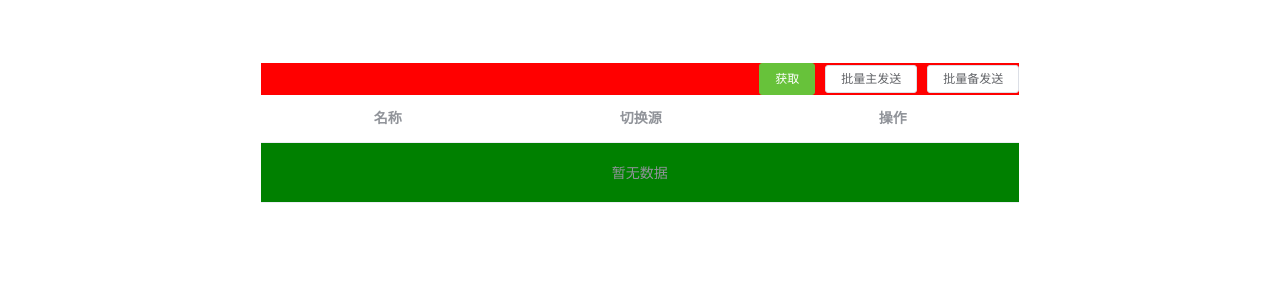
Repository: faintout/BHMQTTSendTool
Page: /
These files come from the project's save history. The page is drawn as it stood at one moment and after the next save; the edit follows.
The browser window is 1280 px wide. The pictures show the whole page.
The project was rebuilt for these pictures with package versions that can differ from the ones it lists, and the page was loaded fresh each time. Also part of the build but not shown: vue.config.js.

Above is the page before, as saved 2020-09-03 13:59:14.

### public/index.html
<!DOCTYPE html>
<html lang="en">
  <head>
    <meta charset="utf-8">
    <meta http-equiv="X-UA-Compatible" content="IE=edge">
    <meta name="viewport" content="width=device-width,initial-scale=1.0">
    <link rel="stylesheet" href="">
    <title></title>
  </head>
  <body>
    <div id="app">

    </div>
    <!-- built files will be auto injected -->
  </body>
</html>

### src/main.js
import Vue from 'vue'
import App from './App.vue'
import router from './router'
import $ from 'jquery'
import ElementUi from 'element-ui'
import 'element-ui/lib/theme-chalk/index.css'
import 'element-ui/lib/theme-chalk/reset.css'

Vue.config.productionTip = false
Vue.use(ElementUi)
new Vue({
  router,
  render: h => h(App)
}).$mount('#app')

### src/router/index.js
import Vue from 'vue'
import VueRouter from 'vue-router'
import MqttSendTool from '../views/MqttSendTool.vue'

Vue.use(VueRouter)

  const routes = [
  {
    path: '/',
    name: 'MqttSendTool',
    component: MqttSendTool
  },
]

const router = new VueRouter({
  routes
})

export default router

### src/views/MqttSendTool.vue
<template>
    <div class="content">
        <title></title>
        <!-- 按钮模块 -->
        <div  class="content_title">
            <!-- <el-input style="display:inline-block;width:20%;right: 5%;" size="small" v-model="localIP"></el-input> -->
            <el-button type="success" size="small" @click="getAllMqttData">获取</el-button>
            <el-button size="mini" @click="batch(0)">批量主发送</el-button>
            <el-button size="mini" @click="batch(1)">批量备发送</el-button>
            <!-- <el-button type="success" size="small" @click="sendData()">发送</el-button> -->
        </div>
        <el-table v-loading="tableLoading" :data="tableData" class="el_table">
            >
            <el-table-column prop="name" label="名称" align='center'>
            </el-table-column>
            <el-table-column label="切换源" align='center'>
                <template slot-scope="scope">
                    <el-radio-group v-model="scope.row.switchStatus">
                        <el-radio :label="0" @click="scope.row.switchStatus = 0">主</el-radio>
                        <el-radio :label="1" @click="scope.row.switchStatus = 1">备</el-radio>
                    </el-radio-group>
                </template>
            </el-table-column>
            <el-table-column label="操作" align='center'>
                <template slot-scope="scope">
                    <el-button type="success" size="small" @click="changeData(scope.row)">编辑</el-button>
                    <el-button type="success" size="small" @click="sendData(scope.row)">发送</el-button>
                </template>
            </el-table-column>
        </el-table>
        <!-- 弹框 -->
        <el-dialog title="编辑" :visible.sync="dialogVisible" width="30%"  :close-on-click-modal = false>
            <el-input type="textarea" :rows="25" class="el_input" v-model="editTable"></el-input>
            <span slot="footer" class="dialog-footer">
                <el-button @click="dialogVisible = false">取 消</el-button>
                <el-button type="primary" @click="saveEdit">确 定</el-button>
            </span>
        </el-dialog>

    </div>
</template>

<script>
    //设置本地储存方法
    window.local = (key, value) => {
        return value ? localStorage.setItem(key, value) : localStorage.getItem(key)
    }
    export default {
        components: {},
        data() {
            return {
                dialogVisible: false,
                //本地IP
                localIP: '',
                //表格框加载
                tableLoading: false,
                tableData: [],
                editTable: '',
                editId: '',
                editswitchStatus: ''

            }
        },
        watch: {
            localIP(n, o) {
                local('localIP', n)
            }
        },
        computed: {

        },
        methods: {
            saveEdit() {
                this.dialogVisible = false
                let indicatorValue = this.editTable
                //保存
                console.log("修改名称", this.editList);
                let deviceId = this.editId
                let switchStatus = this.editswitchStatus
                let parmas = { indicatorValue, deviceId, switchStatus }
                $.ajax({
                    type: 'POST',
                    url: 'http://' + this.localIP + '/testData/setIndicatorValue',
                    data: parmas,
                    success: (data) => {
                        data.success && this.$message.success("修改数据成功！")
                    },
                    error: () => {
                        this.$message.error("数据获取失败，请检查IP地址！")
                    }
                })
            },
            changeData(value) {
                console.log(value);
                this.dialogVisible = true
                if (!value.switchStatus) {
                    //等于一
                    this.editTable = this.getFormatData(JSON.stringify(value.masterData))
                } else {
                    this.editTable = this.getFormatData(JSON.stringify(value.slaveData))
                }
                this.editId = value.id
                this.editswitchStatus = value.switchStatus
            },
            changeItem(item) {
                console.log('item', item);
            },
            changItemRadio(item) {
                console.log('itemzhixng ');
            },
            //获取所有数据
            getAllMqttData() {
                $.ajax({
                    type: 'POST',
                    url: 'http://' + this.localIP + '/testData/getDeviceListData',
                    success: (data) => {
                        if (data.data == []) {
                            this.$message.errot("获取数据为空！请确认数据是否存在")
                            return
                        }
                        this.tableData = data.data
                        data.success && this.$message.success("数据获取成功！")
                    },
                    error: () => {
                        this.$message.error("数据获取失败，请检查IP地址！")
                    }
                })
            },
            //数据处理
            dataProcessing() {

            },
            //批量设置
            /**
             * @type 0 主 1 备
             * @Date 2020-08-26 14:13:24
             */
            batch(type) {
                this.tableData.forEach(item => {
                    item.switchStatus = type ? 1 : 0
                })
                this.sendData()
            },
            //发送数据
            sendData(value) {
                this.tableLoading = true
                let data = value ? value : this.tableData
                console.log(data);
                let params = {
                    deviceIds: ''
                }
                if (data.length > 1) {
                    data.map(item => {
                        params.deviceIds += item.id + ','
                    })
                    params.deviceIds = params.deviceIds.substr(0, params.deviceIds.length - 1)
                    params.switchStatus = data[0].switchStatus
                } else {
                    params.deviceIds = data.id
                    params.switchStatus = data.switchStatus
                }
                console.log(params);
                // return
                $.ajax({
                    type: "POST",
                    url: 'http://' + this.localIP + '/testData/applySwitch',
                    data: params,
                    success: (data) => {
                        data.success && this.$message.success("数据发送成功！")
                        this.tableLoading = false
                    },
                    error: () => {

                    }
                })
                this.getAllMqttData()
            },
            //读取本地localIP
            getLocalIP() {
                this.localIP = local('localIP') != null ? local('localIP') : '172.17.35.23:24699'
                local('localIP') == null && local('localIP', '172.17.35.23:24699')
            },

            //方法
            repeat(s, count) {
                return new Array(count + 1).join(s)
            },
            formatJson(json) {
                var i = 0,
                    il = 0,
                    tab = "    ",
                    newJson = "",
                    indentLevel = 0,
                    inString = false,
                    currentChar = null;
                for (i = 0, il = json.length; i < il; i += 1) {
                    currentChar = json.charAt(i);
                    switch (currentChar) {
                        case '{':
                        case '[':
                            if (!inString) {
                                newJson += currentChar + "\n" + this.repeat(tab, indentLevel + 1);
                                indentLevel += 1
                            } else {
                                newJson += currentChar
                            }
                            break;
                        case '}':
                        case ']':
                            if (!inString) {
                                indentLevel -= 1;
                                newJson += "\n" + this.repeat(tab, indentLevel) + currentChar
                            } else {
                                newJson += currentChar
                            }
                            break;
                        case ',':
                            if (!inString) {
                                newJson += ",\n" + this.repeat(tab, indentLevel)
                            } else {
                                newJson += currentChar
                            }
                            break;
                        case ':':
                            if (!inString) {
                                newJson += ": "
                            } else {
                                newJson += currentChar
                            }
                            break;
                        case ' ':
                        case "\n":
                        case "\t":
                            if (inString) {
                                newJson += currentChar
                            }
                            break;
                        case '"':
                            if (i > 0 && json.charAt(i - 1) !== '\\') {
                                inString = !inString
                            }
                            newJson += currentChar;
                            break;
                        default:
                            newJson += currentChar;
                            break
                    }
                }
                return newJson
            },
            getFormatData(json) {
                var json = json + "";
                if (json.indexOf('{') == -1 && json.indexOf('[') == -1) {
                    return json;
                } else {
                    return (this.formatJson(json));
                }
            }

        },
        mounted() {
            console.log(local('localIP'), window);
            //读取本地IP
            this.getLocalIP()
            this.getAllMqttData()

        },
        created() {

        },
    }
</script>
<style lang="less" scoped>
    .content {
        width: 60%;
        background-color: red;
        margin: 5% auto;
        margin-bottom: 0;
    }

    .el_table {
        width: 100%;
        position: relative;
        background-color: green;

    }
    .content_title{
        text-align: right;
    }

    input {
        height: 20rem;
    }
</style>

Loaded but not shown: src/App.vue (common file)

After the next save:
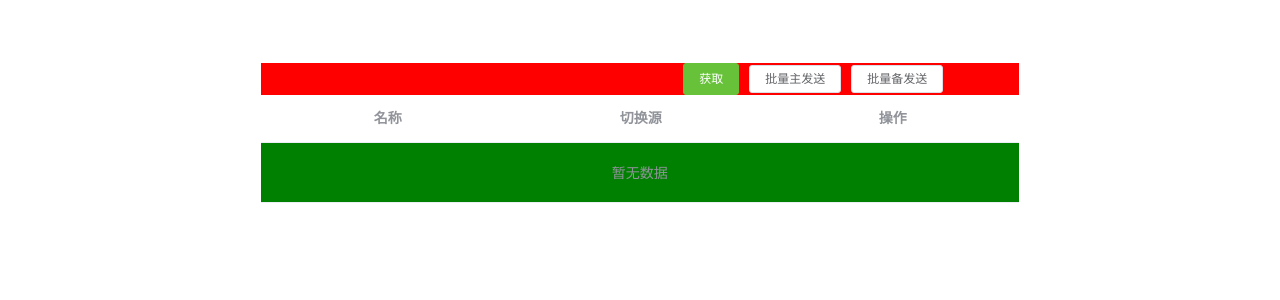
Saved 9 s later.
--- a/src/views/MqttSendTool.vue
+++ b/src/views/MqttSendTool.vue
@@ -286,6 +286,7 @@
     }
     .content_title{
         text-align: right;
+        margin-right: 10%;
     }
 
     input {
